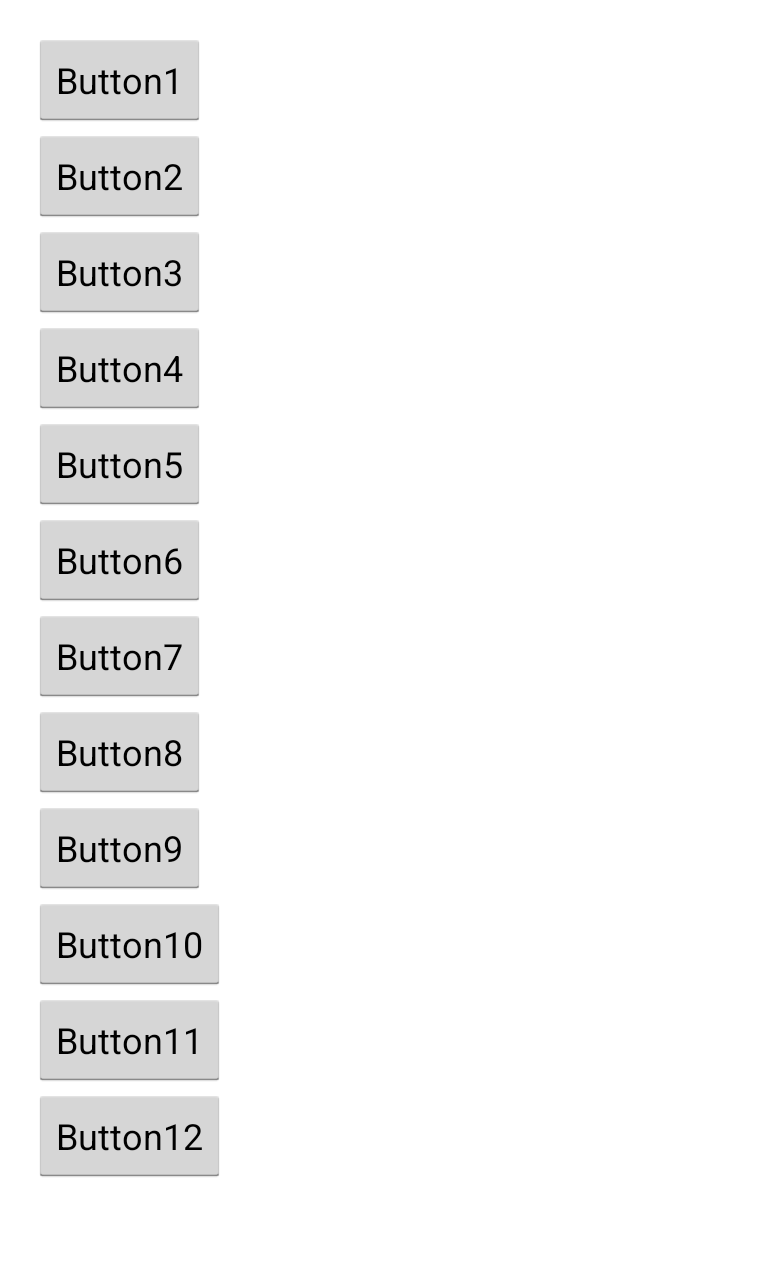
Repository: 12030121030/eventhandling
Layout: scroll/res/layout/activity_main.xml
The author's editor kept a copy of each file at every save. The layout is drawn from the files as they stood at one save, then again after the next save.
It is drawn on a 768 x 1280 px phone screen (xhdpi) without system bars, with theme AppTheme; the app's code is not run.

Above is the layout before, as saved 2014-12-27 03:50:01.

### scroll/res/layout/activity_main.xml
<HorizontalScrollView xmlns:android="http://schemas.android.com/apk/res/android"
    xmlns:tools="http://schemas.android.com/tools"
    android:layout_width="match_parent"
    android:layout_height="match_parent"
    android:fillViewport="true" >
<LinearLayout
    android:layout_width="match_parent"
    android:layout_height="match_parent"
    android:paddingBottom="@dimen/activity_vertical_margin"
    android:paddingLeft="@dimen/activity_horizontal_margin"
    android:paddingRight="@dimen/activity_horizontal_margin"
    android:paddingTop="@dimen/activity_vertical_margin"
    android:orientation="vertical"
    tools:context=".MainActivity" >

    <Button
        android:id="@+id/button1"
        android:layout_width="wrap_content"
        android:layout_height="wrap_content"
        android:layout_alignParentLeft="true"
        android:layout_alignParentTop="true"
        android:text="Button1" />

    <Button
        android:id="@+id/button2"
        android:layout_width="wrap_content"
        android:layout_height="wrap_content"
        android:layout_alignLeft="@+id/button1"
        android:layout_below="@+id/button1"
        android:text="Button2" />

    <Button
        android:id="@+id/button3"
        android:layout_width="wrap_content"
        android:layout_height="wrap_content"
        android:layout_alignLeft="@+id/button2"
        android:layout_below="@+id/button2"
        android:text="Button3" />

    <Button
        android:id="@+id/button4"
        android:layout_width="wrap_content"
        android:layout_height="wrap_content"
        android:layout_alignLeft="@+id/button3"
        android:layout_below="@+id/button3"
        android:text="Button4" />

    <Button
        android:id="@+id/button5"
        android:layout_width="wrap_content"
        android:layout_height="wrap_content"
        android:layout_alignLeft="@+id/button4"
        android:layout_centerVertical="true"
        android:text="Button5" />

    <Button
        android:id="@+id/button6"
        android:layout_width="wrap_content"
        android:layout_height="wrap_content"
        android:layout_alignLeft="@+id/button5"
        android:layout_below="@+id/button5"
        android:text="Button6" />

    <Button
        android:id="@+id/button7"
        android:layout_width="wrap_content"
        android:layout_height="wrap_content"
        android:layout_alignLeft="@+id/button6"
        android:layout_below="@+id/button6"
        android:text="Button7" />

    <Button
        android:id="@+id/button8"
        android:layout_width="wrap_content"
        android:layout_height="wrap_content"
        android:layout_alignLeft="@+id/button7"
        android:layout_below="@+id/button7"
        android:text="Button8" />

    <Button
        android:id="@+id/button9"
        android:layout_width="wrap_content"
        android:layout_height="wrap_content"
        android:layout_alignLeft="@+id/button8"
        android:layout_below="@+id/button8"
        android:text="Button9" />

    <Button
        android:id="@+id/button10"
        android:layout_width="wrap_content"
        android:layout_height="wrap_content"
        android:text="Button10" />

    <Button
        android:id="@+id/button11"
        android:layout_width="wrap_content"
        android:layout_height="wrap_content"
        android:text="Button11" />
	<Button
        android:id="@+id/button11"
        android:layout_width="wrap_content"
        android:layout_height="wrap_content"
        android:text="Button12" />
</LinearLayout>
</HorizontalScrollView>

Loaded but not shown: scroll/res/values/styles.xml (common file); scroll/res/values-v11/styles.xml (common file); scroll/res/values-v14/styles.xml (common file); scroll/res/values/dimens.xml (common file)

After the next save:
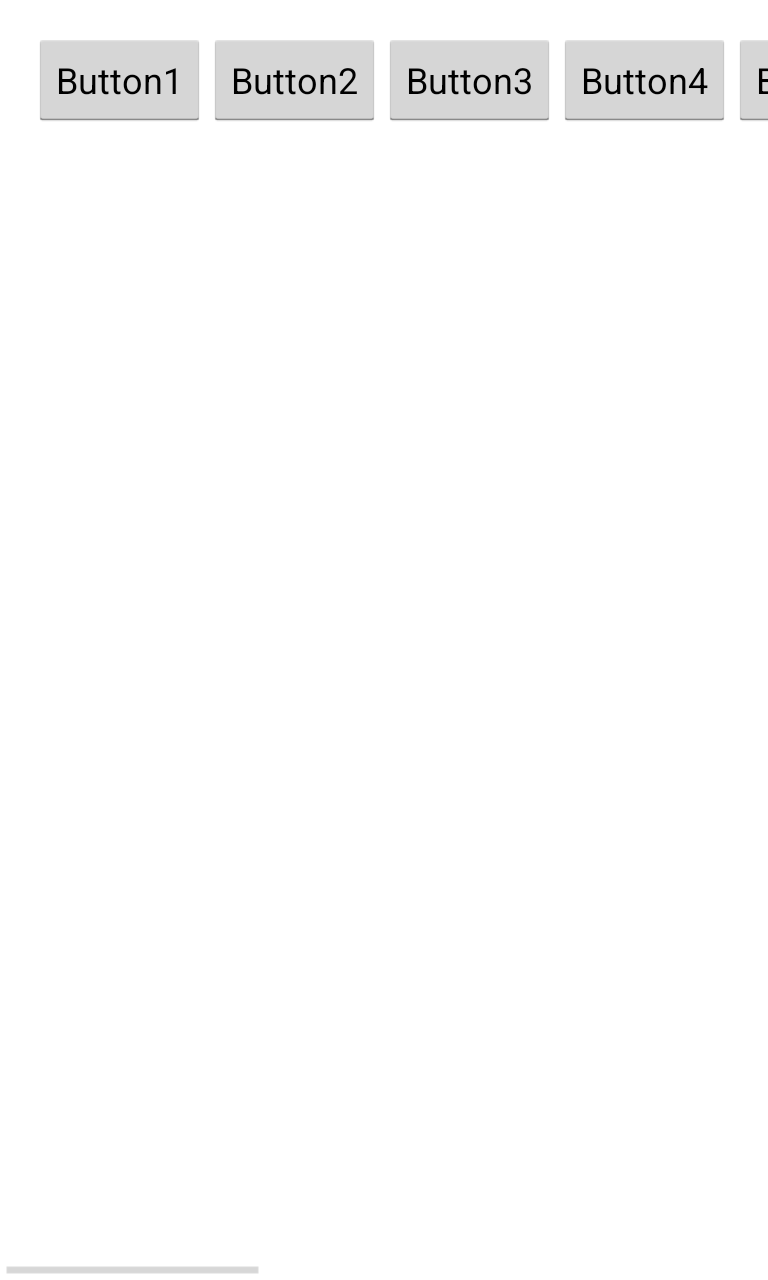
Saved 74 s later.
--- a/scroll/res/layout/activity_main.xml
+++ b/scroll/res/layout/activity_main.xml
@@ -10,7 +10,7 @@
     android:paddingLeft="@dimen/activity_horizontal_margin"
     android:paddingRight="@dimen/activity_horizontal_margin"
     android:paddingTop="@dimen/activity_vertical_margin"
-    android:orientation="vertical"
+    android:orientation="horizontal"
     tools:context=".MainActivity" >
 
     <Button
